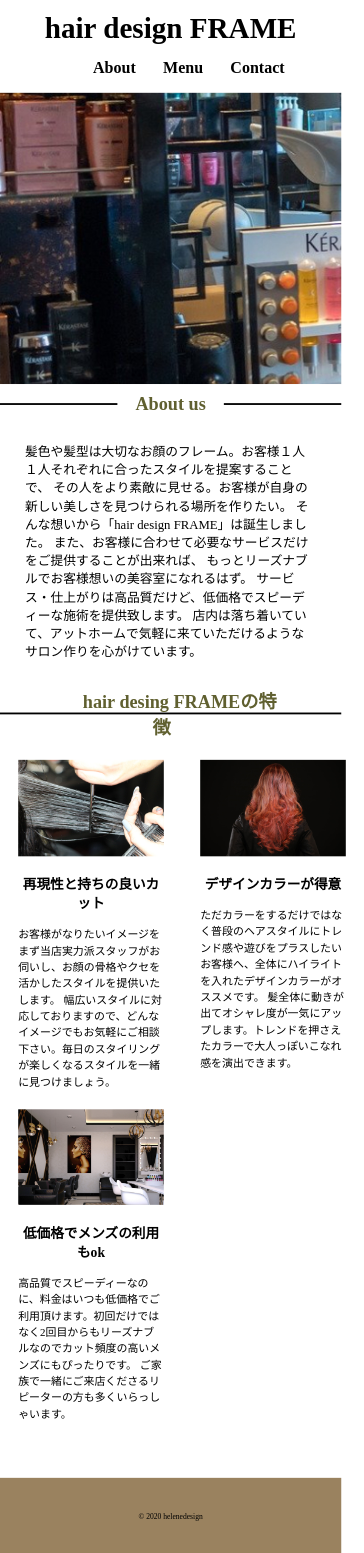
Repository: Akane492/samurai_HTML-CSS
Page: Hairsalon/about.html
The author's editor kept a record of every edit. The page is drawn from the files as they stood at one moment, then again after the next edit.
The browser window is 375 px wide. The page is 400 px wide, then 375 px, so the pictures cover 400 px, including what lies to the right of the window. The pictures show the whole page, at 91% of full size.

Above is the page before.

### Hairsalon/about.html
<!DOCTYPE html>
<html lang="ja">
    <head>
        <meta charset="UTF-8">
        <meta name="viewport" content="width=device-width, initial-scale=1">
        <meta http-equiv="X-UA-Compatible" content="ie=edge">
        <link rel="stylesheet" href="stylesheet.css">
        <title>hair design FRAME - About</title>
    </head>

    <body>
        <div class="background" id="about">
            <header class="page-header wrapper">
                <h1 class="page-title"><a href="home.html">hair design FRAME</a></h1>
                <nav>
                    <ul class="top-nav">
                        <li><a href="about.html">About</a></li>
                        <li><a href="menu.html">Menu</a></li>
                        <li><a href="contact.html">Contact</a></li>
                    </ul>
                </nav>
            </header>
        <div id="content-bg"></div>
        <div class="page-title2">
            <h2><span class="page-title-about">About us</span></h2>
        </div><!---page-title2--->
        <div class="content wrapper">
            <p>髪色や髪型は大切なお顔のフレーム。お客様１人１人それぞれに合ったスタイルを提案することで、
                その人をより素敵に見せる。お客様が自身の新しい美しさを見つけられる場所を作りたい。
                そんな想いから「hair design FRAME」は誕生しました。

                また、お客様に合わせて必要なサービスだけをご提供することが出来れば、
                もっとリーズナブルでお客様想いの美容室になれるはず。
                サービス・仕上がりは高品質だけど、低価格でスピーディーな施術を提供致します。
                店内は落ち着いていて、アットホームで気軽に来ていただけるようなサロン作りを心がけています。
            </p>
        </div><!---content--->
        <div class="page-title2">
            <h2><span class="page-title-about">hair desing FRAMEの特徴</span></h2>
        </div><!---page-title2--->

        <div class="grid wrapper">
            <div class="item">
                <img src="images/haircut.jpg" alt="">
                <p class="item-title">再現性と持ちの良いカット</p>
                <p class="item-info">お客様がなりたいイメージをまず当店実力派スタッフがお伺いし、お顔の骨格やクセを活かしたスタイルを提供いたします。
                幅広いスタイルに対応しておりますので、どんなイメージでもお気軽にご相談下さい。毎日のスタイリングが楽しくなるスタイルを一緒に見つけましょう。</p>
            </div>
            <div class="item">
                <img src="images/color.jpg" alt="">
                <p class="item-title">デザインカラーが得意</p>
                <p class="item-info">ただカラーをするだけではなく普段のヘアスタイルにトレンド感や遊びをプラスしたいお客様へ、全体にハイライトを入れたデザインカラーがオススメです。
                髪全体に動きが出てオシャレ度が一気にアップします。トレンドを押さえたカラーで大人っぽいこなれ感を演出できます。</p>
            </div>
            <div class="item">
                <img src="images/salon1.jpg" alt="">
                <p class="item-title">低価格でメンズの利用もok</p>
                <p class="item-info">高品質でスピーディーなのに、料金はいつも低価格でご利用頂けます。初回だけではなく2回目からもリーズナブルなのでカット頻度の高いメンズにもぴったりです。
                ご家族で一緒にご来店くださるリピーターの方も多くいらっしゃいます。</p>
            </div>
        </div> <!---grid wrapper--->




        <footer>
            <p><small>&copy; 2020 helenedesign</small></p>
        </footer>
    </body>

</html>

### Hairsalon/stylesheet.css
@charset "UTF-8";

body {
    font-family: "Yu Gothic Medium", "遊ゴシック Medium", YuGothic, "遊ゴシック体", "ヒラギノ角ゴ Pro W3","sanf-serif";
    padding: 0;
    margin: 0;
}
a {
    text-decoration: none;
}
img {
    max-width: 100%;
}

/*
----------header*/
#top {
    background-image: url(./images/woman.jpg);
    min-height: 100vh;
}
.background {
    background-size: cover;
    background-position: center top;
    background-repeat: no-repeat;
    width: 100%;
}
.wrapper {
    max-width: 1150px;
    margin: auto;
}
.page-title {
    font-family: 'Vollkorn', serif;
    font-size: 40px;
    margin-top: 60px;

}
.page-title a {
    color: black;
}
.page-title a:hover {
    color: #9a825f;
}
.page-header {
    display: flex;
    justify-content: space-between;
}
.top-nav {
    display: flex;
    list-style: none;
    font-size: 1.5rem;
	font-family: 'Vollkorn', serif;
    font-weight: bold;
    margin-top: 79px;
}
.top-nav li {
    margin-left: 40px;
}
.top-nav a {
    color: black;
}
.top-nav a:hover {
    color: #9a825f;
}

h2 {
    max-width: 1100px;
    margin: auto;
    margin-top: 50px;
    position: relative;
    padding: 0 65px;
    text-align: center;
}

h2:before {
    position: absolute;
    top: calc(50% - 1px);
    left: 0;
    width: 100%;
    height: 2px;
    content: '';
    background: #000;
}

h2 span {
    position: relative;
    padding: 0 1em;
    background: #dbdbdd;
    color: #606030;
}

/*
----------about*/
.page-title-about {
    background: white;
    font-size: 30px;
    font-family: 'Vollkorn', serif;
    font-weight: bold;
}
.content {
    max-width: 700px;
    margin-top: 50px;
}
#content-bg {
    background-image: url(./images/salon2.jpg);
    min-height: 40vh;
}
.grid {
    display: grid;
    grid-template-columns: repeat(3,minmax(240px, 1fr));
    margin-top: 3%;
    margin-bottom: 50px;
}
.item {
    padding: 0 20px;
}
.item-title {
    text-align: center;
    font-size: 20px;
}
.item-info {
    font-size: 13px;
}

/*
----------nemu*/
#menu-bg {
    background-image: url(images/girl4.jpg);
    min-height: 70vh;
}
.menu-preis {
    display: flex;
    justify-content: space-between;
}
.menu-info {
    list-style: none;
    width: 50%;
    text-align: left;
    font-size: 22px;
    margin: 50px;

}
.menu-info2 {
    list-style: none;
    width: 50%;
    text-align: left;
    font-size: 22px;
    margin: 50px;
}
table, td {
    border: none;
}


/*
-----------contact*/
#contact {
    background-image: url(./images/contact.jpg);
    min-height: 100vh;
}
form div {
    margin-bottom: 16px;
}
label {
    font-size: 1.125rem;
    margin-bottom: 10px;
    display: block;
}
input[type="text"],
input[type="mail"],
textarea {
    background: rgba(255,255,255,.5);
    border: 1px #fff solid;
    border-radius: 5px;
    padding: 10px;
    font-size: 1rem;
}
input[type="text"],
input[type="mail"] {
    width: 100%;
    max-width: 350px;
}
textarea {
    width: 100%;
    max-width: 350px;
    height: 6rem;
}
input[type="submit"] {
    border: none;
    cursor: pointer;
    line-height: 1;
}
.name-contact {
    text-align: center;
}
.email-contact {
    text-align: center;
}
.message-contact {
    text-align: center;
}
.message-submit {
    text-align: center;
}
.button {
    text-align: center;
    background: #9a825f;
    color: #fff;
    font-size: 1.375rem;
    padding: 15px 20px;
    border-radius: 5px;
}
.button:hover {
    background: #7d694b;
}
#contact-title {
    text-align: center;
}
.content-title {
    font-size: 5rem;
    font-family: "Philosopher", serif;
    font-weight: normal;
    text-transform: none;
}
#location {
    padding: 4% 0;
}
#location .wrapper {
    display: flex;
    justify-content: space-between;
}
#name-shop {
    font-size: 1.375rem;
    font-weight: normal;
    padding: 0 8px 8px;
    border-bottom: 2px #9a825f solid;
}
.location-info {
    width: 22%;
}
.location-info p {
    padding: 12px 10px;
}
.location-map {
    width: 74%;
}
iframe {
    width: 100%;
}

/*
----------footer*/
footer {
    text-align: center;
    background: #9a825f;
    padding: 26px 0;
}
footer p {
    font-size: 0.875rem;
}

/*
----------mobile*/
@media (max-width: 600px) {
    .page-title {
        margin-top: 5px;
    }
    .page-title a {
        font-size: 2rem;
    }
    .page-header {
        flex-direction: column;
        align-items: center;
    }

    /* header */
    .top-nav {
        font-size: 1.1rem;
        margin-top: -15px;
    }
    .top-nav li {
        margin: 0 15px;
    }

    /* home */
    h2 {
        margin-top: 10px;
        font-size: 20px;
    }

    /* about */
    .page-title-about {
        font-size: 20px;
    }
    .content {
        max-width: 320px;
        margin-top: 30px;
        margin-bottom: 30px;
    }
    .content p {
        font-size: 14px;
    }
    footer p {
        font-size: 10px;
    }
    .grid {
        display: grid;
        grid-template-columns: repeat(2,minmax(200px, 1fr));
    }
    .item {
        margin-top: 10px;
    }
    .item-title {
        font-size: 15px;
        font-weight: bold;
    }
    .item-info {
        font-size: 12px;
    }

    /* contact */
    #contact-title {
        font-size: 40px;
        font-weight: bold;
    }
    input[type="text"],
    input[type="mail"] {
        width: 100%;
        max-width: 300px;
}
    textarea {
        max-width: 300px;
        width: 100%;
        height: 6rem;
    }
    #name-shop {
        font-weight: bold;
    }
    #location .wrapper {
        flex-direction: column;
    }
    .location-info,
    .location-map {
        width: 100%;
    }
    #location-wrapper {
        text-align: center;
    }
    .location-map {
        margin-bottom: -23px;
    }

    /* menu */
        #menu-bg {
            background-position: left 22% top 5%;
        }
        .menu-info td {
            font-size: 10px;
        }
        .menu-info2 td {
            font-size: 10px;
        }
}

After the next edit:
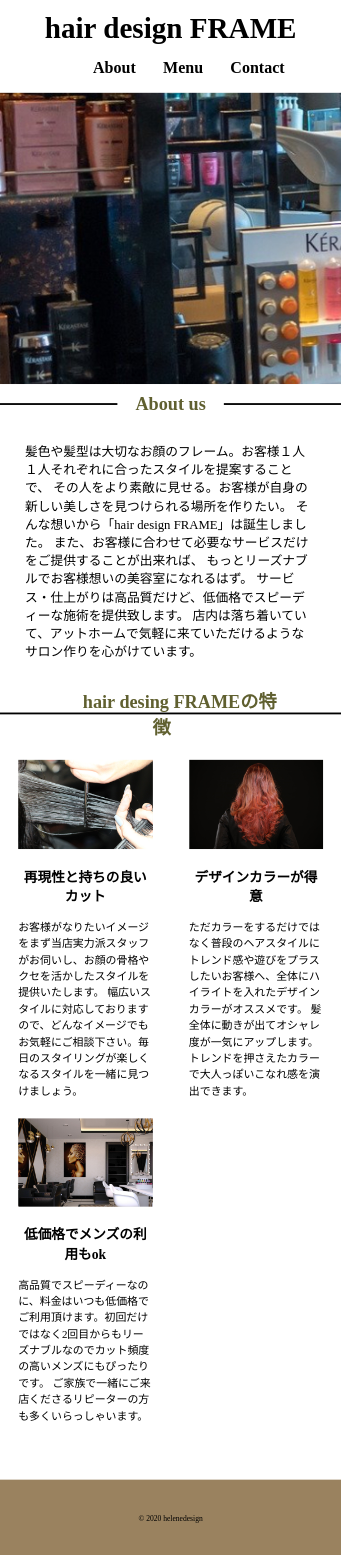
The edit:
--- a/Hairsalon/stylesheet.css
+++ b/Hairsalon/stylesheet.css
@@ -304,7 +304,7 @@
     }
     .grid {
         display: grid;
-        grid-template-columns: repeat(2,minmax(200px, 1fr));
+        grid-template-columns: repeat(2,minmax(150px, 1fr));
     }
     .item {
         margin-top: 10px;
